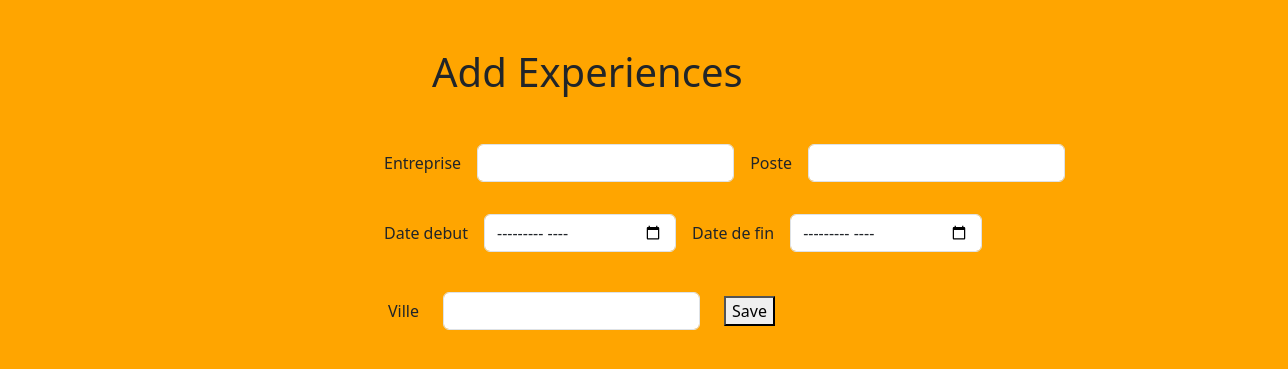
Repository: moAllElite/Examen-EJB-WEB-EAR
Page: http://localhost/SearchJobsWeb/views/exp_form_skills/addExp.jsp
An editor plug-in stored every save of this project. The page is shown before and after the next save, followed by the edit.
The browser window is 1280 px wide. The page is 1288 px wide, so the pictures cover 1288 px, including what lies to the right of the window. The pictures show the whole page.
The page is served by Tomcat 9. Nobody is signed in. The application's start-up code is not run. Other server files are loaded and not shown.

Above is the page before, as saved 2023-03-25 22:44:25.

### SearchJobsWeb/src/main/webapp/views/exp_form_skills/addExp.jsp
<%@ page language="java" contentType="text/html; charset=ISO-8859-1"
    pageEncoding="ISO-8859-1"%>
<!DOCTYPE html>
<html>
<head>
<meta charset="ISO-8859-1">
<title>Experience</title>
</head>
<body>
	<h1 class=" m-5">Add Experiences</h1>
	<form method="post" action="AddExperience">
		<jsp:include page="main.jsp"></jsp:include>
	</form>
</body>
</html>

### SearchJobsWeb/src/main/webapp/views/exp_form_skills/main.jsp
<%@ page language="java" contentType="text/html; charset=ISO-8859-1"
    pageEncoding="ISO-8859-1"%>
<!DOCTYPE html>
<html>
<head>
<meta charset="ISO-8859-1">
<title>Insert title here</title>
	 <link href="https://cdn.jsdelivr.net/npm/bootstrap@5.3.0-alpha1/dist/css/bootstrap.min.css" rel="stylesheet" integrity="sha384-GLhlTQ8iRABdZLl6O3oVMWSktQOp6b7In1Zl3/Jr59b6EGGoI1aFkw7cmDA6j6gD" crossorigin="anonymous">

	</head>
	<body  style="background-color: orange; margin-left: 30%;">
		<!-- Example Code -->
    	<div class=""d-flex justify-content-evenly mt-5">
	    <div class="row g-3 align-items-center sm-5">
		      <div class="col-auto">
		        <label for="inputPassword6" class="col-form-label">Entreprise</label>
		      </div>
			      <div class="col-auto">
			        <input type="text"  class="form-control" name="societe" name="" aria-describedby="addon-wrapping">
			      </div>
			      <div class="col-auto">
			      <label for="inputPassword6" class="col-form-label">Poste</label>
			    </div>
			    <div class="col-auto">
			      <input type="text"  class="form-control" name="poste" required="required" aria-describedby="addon-wrapping">
			    </div>
		  	</div>
		 </div>
		  	<!-- Example Code -->
	    <div class=""d-flex justify-content-evenly mt-5">
		    <div class="row g-3 align-items-center mt-3">
		      <div class="col-auto">
		        <label for="inputPassword6" class="col-form-label">Date debut</label>
		      </div>
		      <div class="col-auto">
		        <input type="month" name="datedb"  class="form-control" required="required"  aria-describedby="addon-wrapping">
		      </div>
		      <div class="col-auto">
		      <label for="inputPassword6" class="col-form-label">Date de fin</label>
		    </div>

		    <div class="col-auto">
		      <input type="month"  name="datefn" required="required" class="form-control"  aria-describedby="addon-wrapping">
		    </div>
		    <div class="row g-4 align-items-center mt-3">
		      <div class="col-auto">
		        <label for="inputPassword6" class="col-form-label">Ville</label>
		      </div>
		      <div class="col-auto">
		        <input type="text" name="ville"  class="form-control" required="required"  aria-describedby="addon-wrapping">
		      </div>
		       <div class="col-auto">
		        <button type="submit">Save</button>

		         </div>
		      </div>
		  </div>

	  	<script src="https://cdn.jsdelivr.net/npm/@popperjs/core@2.11.6/dist/umd/popper.min.js" integrity="sha384-oBqDVmMz9ATKxIep9tiCxS/Z9fNfEXiDAYTujMAeBAsjFuCZSmKbSSUnQlmh/jp3" crossorigin="anonymous"></script>
		<script src="https://cdn.jsdelivr.net/npm/bootstrap@5.3.0-alpha1/dist/js/bootstrap.min.js" integrity="sha384-mQ93GR66B00ZXjt0YO5KlohRA5SY2XofN4zfuZxLkoj1gXtW8ANNCe9d5Y3eG5eD" crossorigin="anonymous"></script>

	</body>
</html>

After the next save:
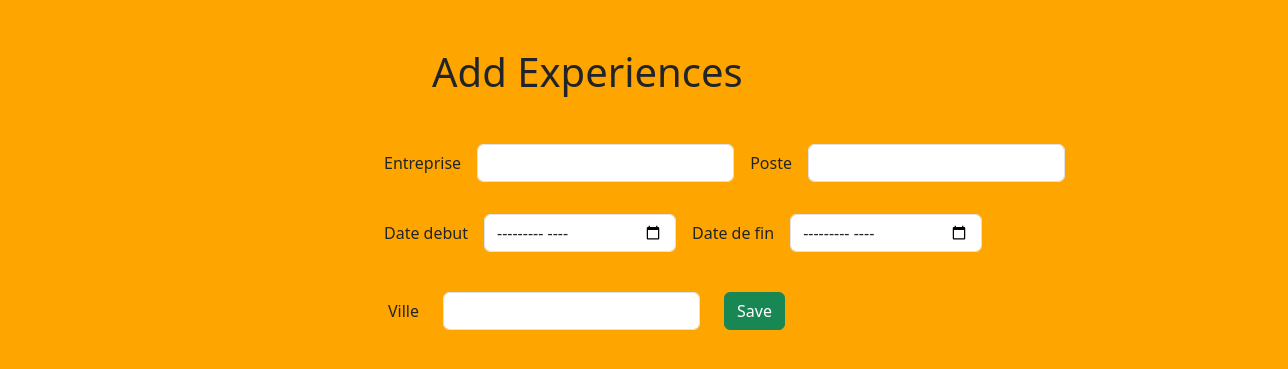
Saved 14 s later.
--- a/SearchJobsWeb/src/main/webapp/views/exp_form_skills/main.jsp
+++ b/SearchJobsWeb/src/main/webapp/views/exp_form_skills/main.jsp
@@ -50,7 +50,7 @@
 		        <input type="text" name="ville"  class="form-control" required="required"  aria-describedby="addon-wrapping">
 		      </div>
 		       <div class="col-auto">
-		        <button type="submit">Save</button>
+		        <button type="submit" class="btn btn-success">Save</button>
 
 		         </div>
 		      </div>
